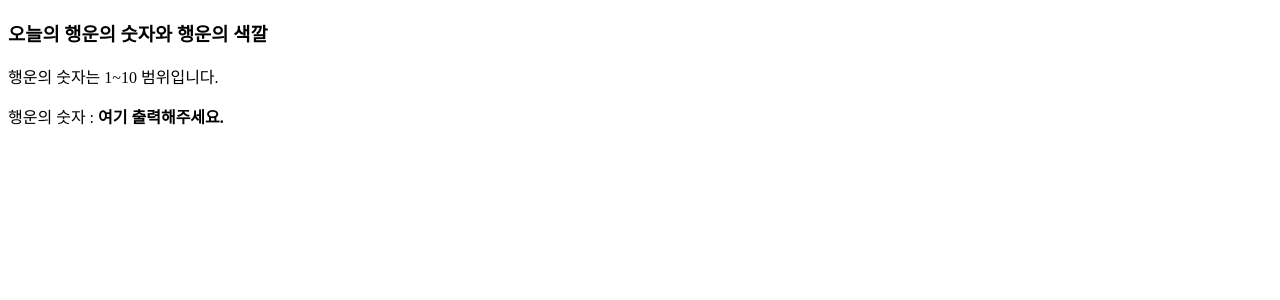
Repository: jjjjjjji-hun/jsp_practice
Page: http://localhost/JSPBasic/jspTag/TagQ01.jsp
These files come from the project's save history. The page is drawn as it stood at one moment and after the next save; the edit follows.
The browser window is 1280 px wide. The pictures show the whole page.
The page is served by Tomcat 9.

Above is the page before, as saved 2022-01-28 05:18:40.

### JSPBasic/src/main/webapp/jspTag/TagQ01.jsp
<%@ page language="java" contentType="text/html; charset=UTF-8"
    pageEncoding="UTF-8"%>
<!DOCTYPE html>
<html>
<head>
<meta charset="UTF-8">
<title>Insert title here</title>
</head>
<body>
<%!
	// Declaration 내부에 1 ~ 10범위의 난수를 리턴하는 메서드
	// int randomNumber() 를 선언해주세요.
	int randomNumber(){
		// 정수 1 ~ 10까지 발생시켜서 리턴하도록 로직 작성
		return (int)Math.random() * 11;
	}
	int randomColor(){
		return (int)Math.random() * 3;
	}
%>
	<h3>오늘의 행운의 숫자와 행운의 색깔</h3>
	<p>행운의 숫자는 1~10 범위입니다.</p>
	<p>행운의 숫자 : <b>여기 출력해주세요.</b></p>

</body>
</html>

After the next save:
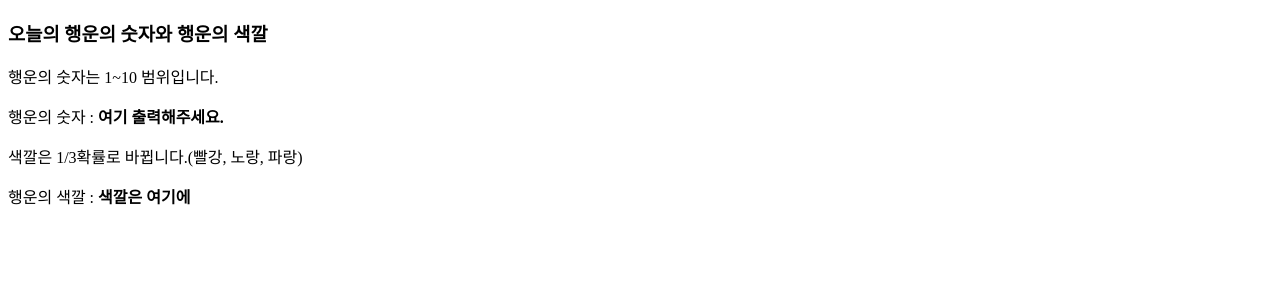
Saved 71 s later.
--- a/JSPBasic/src/main/webapp/jspTag/TagQ01.jsp
+++ b/JSPBasic/src/main/webapp/jspTag/TagQ01.jsp
@@ -21,6 +21,7 @@
 	<h3>오늘의 행운의 숫자와 행운의 색깔</h3>
 	<p>행운의 숫자는 1~10 범위입니다.</p>
 	<p>행운의 숫자 : <b>여기 출력해주세요.</b></p>
-
+	<p>색깔은 1/3확률로 바뀝니다.(빨강, 노랑, 파랑)</p>
+	<p>행운의 색깔 : <b>색깔은 여기에</b></p>
 </body>
 </html>
